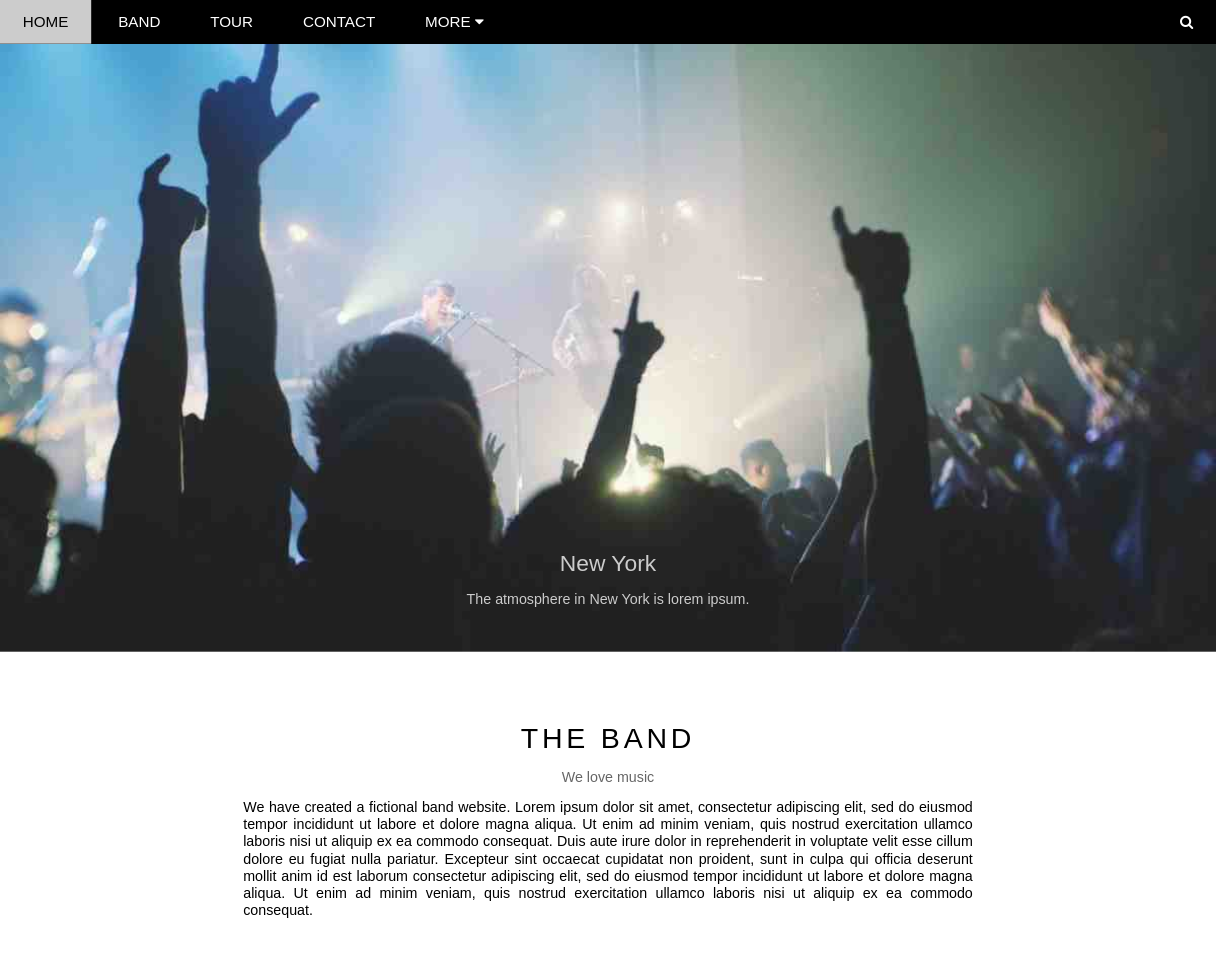
Repository: nguyenhoang2002062929/band
Page: index.html
An editor plug-in stored every save of this project. The page is shown before and after the next save, followed by the edit.
The browser window is 1280 px wide. The pictures show the whole page, at 95% of full size.

Above is the page before, as saved 2023-06-04 14:57:17.

### index.html
<!DOCTYPE html>
<html lang="en">
<head>
    <meta charset="UTF-8">
    <meta http-equiv="X-UA-Compatible" content="IE=edge">
    <meta name="viewport" content="width=device-width, initial-scale=1.0">
    <title>Bank music   </title>
    <link rel="stylesheet" href="assets/css/style.css">
    <link rel="stylesheet" href="https://cdnjs.cloudflare.com/ajax/libs/font-awesome/4.7.0/css/font-awesome.min.css">
</head>
<body>
    <div class="main">
        <div class="header">
            <ul class="nav">
                <li><a href="">HOME</a></li>
                <li><a href="">BAND</a></li>
                <li><a href="">TOUR</a></li>
                <li><a href="">CONTACT</a></li>
                <li>
                    <a href="" >MORE <i class="fa fa-caret-down"></i></a>
                    <ul class="subnav">
                        <li><a href="">Merchandise</a></li>
                        <li><a href="">Extras</a></li>
                        <li><a href="">Media</a></li>
                    </ul>
                </li>
            </ul>

            <div class="search">
                <a href=""><i class="fa fa-search"></i></a>
            </div>
        </div>

        <div class="slider">
            <div class="text-content">
                <h2 class="text-heading">New York</h2>
                <p class="text-description">The atmosphere in New York is lorem ipsum.</p>
            </div>
        </div>

        <div class="content">
            <div class="about">
                <div class="content-section">
                    <h2 class="section-heading">THE BAND</h2>
                    <p class="section-sub-heading">We love music</p>
                    <p class="section-text">We have created a fictional band website. Lorem ipsum dolor sit amet, consectetur adipiscing elit, sed do eiusmod tempor incididunt ut labore et dolore magna aliqua. Ut enim ad minim veniam, quis nostrud exercitation ullamco laboris nisi ut aliquip ex ea commodo consequat. Duis aute irure dolor in reprehenderit in voluptate velit esse cillum dolore eu fugiat nulla pariatur. Excepteur sint occaecat cupidatat non proident, sunt in culpa qui officia deserunt mollit anim id est laborum consectetur adipiscing elit, sed do eiusmod tempor incididunt ut labore et dolore magna aliqua. Ut enim ad minim veniam, quis nostrud exercitation ullamco laboris nisi ut aliquip ex ea commodo consequat.</p>
                </div>
            </div>

        </div>

        <div class="footer">

        </div>
    </div>
</body>
</html>

### assets/css/style.css
*{
    margin: 0;
    padding: 0;
    box-sizing: border-box;
}
html{
    font-family: Arial, Helvetica, sans-serif;
}
.header{
    z-index: 1;
    position: fixed;
    height: 46px;
    background-color: #000;
    top: 0;
    left: 0;
    right: 0;
}
.header .nav {
    display: inline-block;
   line-height: 46px;
}
.header .nav > li > a{
    text-decoration: none;
    padding: 0px 24px;
    color: #fff;
}
.header .nav > li{
    display: inline-block;
    position: relative;
}
.header .nav > li:hover > a{
    display: block;
    color: #000;
    background-color: #ccc;
}
.header .nav .subnav{
    position: absolute;
    display: none;
    background-color: #fff;
    box-shadow: 0 0 10px rgba(0, 0, 0, 0.3) ;
}
.subnav li{
      min-width: 160px;
      list-style-type: none;
}
.nav > li:hover > .subnav{
    display: block;
}
.subnav li:hover a{
    color: #000;
    background-color: #ccc;
}
.subnav a{
    display: block;
    text-decoration: none;
    color: #000;
    padding: 0px 24px;
}
.search{
float: right;
padding: 0 24px;
line-height: 46px;
cursor: pointer;
}
.search a{
    color: rgb(255, 255, 255);
    font-size: 15px;
}
.search:hover{
    color: rgb(255, 255, 255);
    background-color: #f44336!important;
}

.slider{
    position: relative;
    margin-top: 46px;
    padding-top: 50%;
    background: url('../img/slider/slider2.jpg') center top / cover no-repeat;
}
.slider .text-content{
    position: absolute;
    color: #ccc;
    bottom: 0;
    left: 50%;
    transform: translateX(-50%);
    text-align: center;
    padding: 32px 16px;
}
.text-content .text-heading{
    font-size: 24px;
    margin-top: 10px;
    font-weight: 200;
}
.text-content .text-description{
    font-size: 15px;
    margin: 15px 0;
}
.content-section{
    width: 768px;
    text-align: center;
    margin-right: auto;
    margin-left: auto;
    padding: 64px 0;
}
.content-section .section-heading{
    font-size: 30px;
    font-weight: 300;
    letter-spacing: 4px;
    margin: 10px;
}
.content-section .section-sub-heading{
    font-size: 15px;
    font-weight: initial;
    margin: 15px;
    opacity: 0.6;
}
.content-section .section-text{
    font-size: 15px;
    text-align: justify;
    line-height: 1.2;
}

After the next save:
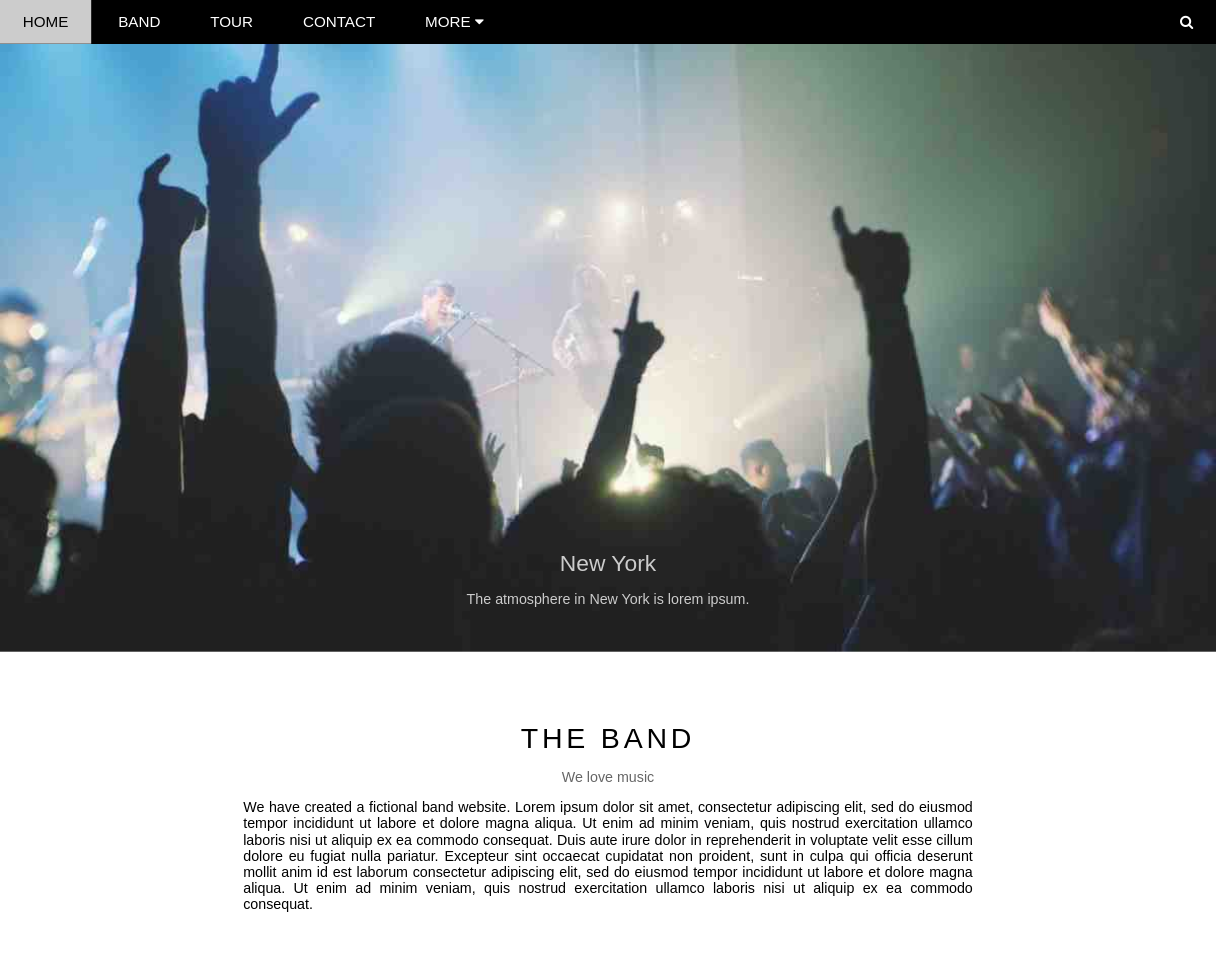
Saved 42 s later.
--- a/assets/css/style.css
+++ b/assets/css/style.css
@@ -117,5 +117,6 @@ cursor: pointer;
 .content-section .section-text{
     font-size: 15px;
     text-align: justify;
-    line-height: 1.2;
+
+    text-size-adjust: 100%;
 }
